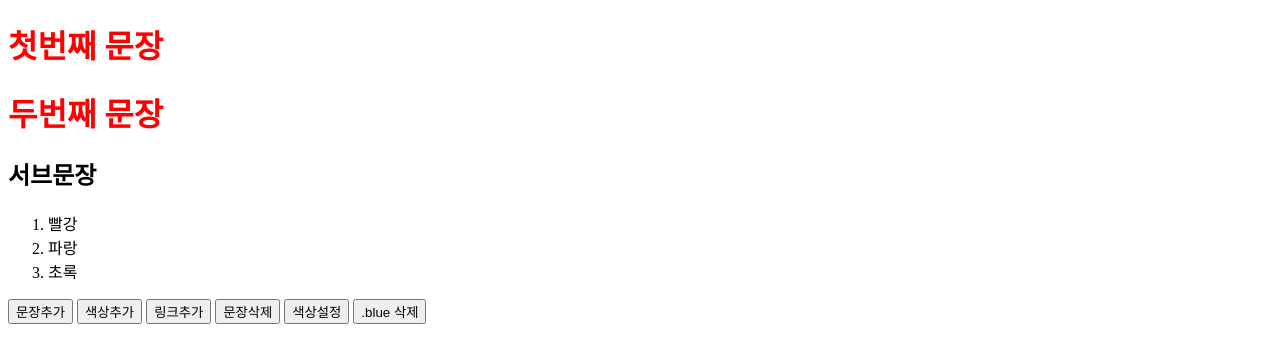
Repository: chopilyeon/JavaWeb
Page: LectureWeb/src/main/webapp/jquery/exam04.html
The author's editor kept a copy of each file at every save. The page is drawn from the files as they stood at one save, then again after the next save.
The browser window is 1280 px wide. The pictures show the whole page.
After loading, the first visible `#btn05` was clicked once.

Above is the page before, as saved 2022-05-30 08:29:52.

### LectureWeb/src/main/webapp/jquery/exam04.html
<!DOCTYPE html>
<html>
<head>
<meta charset="UTF-8">
<title>Insert title here</title>

<style>
	.red{
		color:red
	}

	.blue{
		color:blue
	}


</style>



<script src ="https://code.jquery.com/jquery-3.6.0.js"></script>
<script>
$(document).ready(function(){
/*
	$('#btn01').click(function(){
		let h1Tag=document.createElement('h1')
		let text=document.createTextNode("세번째 문장")
		h1Tag.appendChild(text)
		let divTag=document.querySelector('div')
		divTag
		divTag.appendChild(h1Tag)
	})
	//이렇게 한방에 해결할 수 있음
	*/
	$('#btn01').click(function(){
	//댓글이 위에 달리는지 밑에 달리는지는 여기서 설정한다!!
	//$('div').append('<h1>세번째 문장</h1>')
	$('div').prepend('<h1>세번째 문장</h1>') // 이거는 큰자식으로 들어가게 됨
	//div의 자식태그로 넣어주겠다 이거임. 위에꺼보다 훨씬 간단함.
})
	$('#btn02').click(function(){
		$('ol').append('<li>노랑</li>','<li>보라</li>')
	})


	//<after> 치면은 바로 옆에다가 만들 수 있음.
	//after('<button>')
	//before()
	$('#btn03').click(function(){
		$('div').before('<a href="http://www.naver.com">네이버</a>') // 형제로 가는게 before after
	})


	//자식으로 가는게 append prepend임

	//let은 지역변수임 pTags값 인식을 못함. 윈도우 객체에 추가시키자!!
	$('#btn04').click(function(){
		/* let pTags=document.querySelectorAll('h1') // let을 이런식으로 쓰면은 block안에서만 놀 수 있음  let안 붙이면은 윈도우 객체에 들어감.
		for(let i = 0; i<pTags.length;i++){
			//pTags[i].remove() //이게 안먹을 수도 있으니
			ptags[i].parentNode.removeChild(pTags[i]) //부모 태그를 찾아서 그 아이를 찾아내라~!!
		}
		 */
		$('div').remove() // 이러면 div를 지워버림 우리는 자식들을 지우고 싶음.
		$('div').empty() // 이러면 자식만 지워버림.
		$('div>*').remove('h1') // 이렇게 h1 태그만 지울 수도 있음. //div 의 자식중에 h1태그!!!!!
		// .remove('.c01','#id01') // 이렇게도 지울 수 있다
		//$('div>h1') // h1만 갖고 오라!!
	})

	$('#btn05').click(function(){
		$('h1').addClass('red','blue')
	})
	//같은 칼라를 써줬지만 블루가 적용이 될것임 // 마지막에 색깔을 블루 맥여놨으므로
	$('#btn06').click(function(){
		$('h1').removeClass('blue')
	})


	//bootstrap 에서 addclass랑 removeclass는 반드시 알고 있자!~



})
</script>



</head>
<body>
	<div>
		<h1>첫번째 문장</h1>
		<h1>두번째 문장</h1>
		<h2>서브문장</h2>
	</div>
	<ol>
		<li>빨강</li>
		<li>파랑</li>
		<li>초록</li>

	</ol>
	<button id="btn01">문장추가</button>
	<button id="btn02">색상추가</button>
	<button id="btn03">링크추가</button>
	<button id="btn04">문장삭제</button>
	<button id="btn05">색상설정</button>
	<button id="btn05">.blue 삭제</button>


</body>
</html>

After the next save:
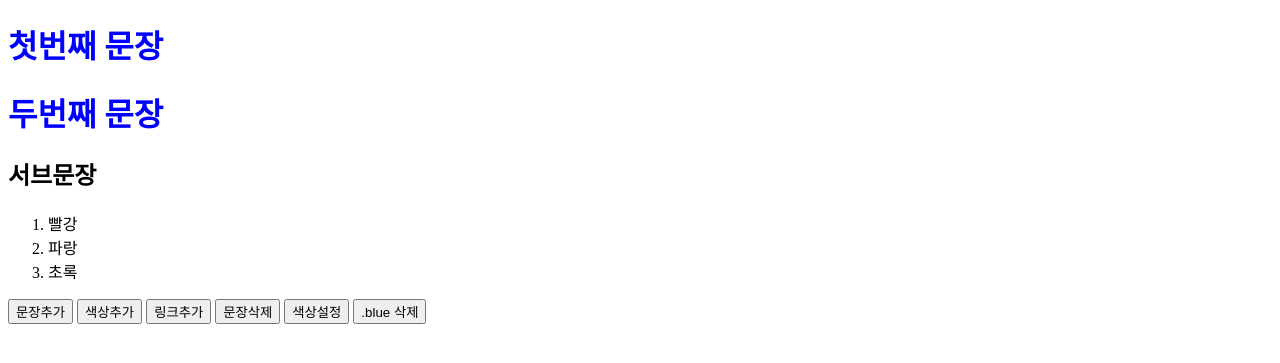
Saved 50 s later.
--- a/LectureWeb/src/main/webapp/jquery/exam04.html
+++ b/LectureWeb/src/main/webapp/jquery/exam04.html
@@ -69,7 +69,7 @@ $(document).ready(function(){
 	})
 
 	$('#btn05').click(function(){
-		$('h1').addClass('red','blue')
+		$('h1').addClass('red blue')
 	})
 	//같은 칼라를 써줬지만 블루가 적용이 될것임 // 마지막에 색깔을 블루 맥여놨으므로
 	$('#btn06').click(function(){
